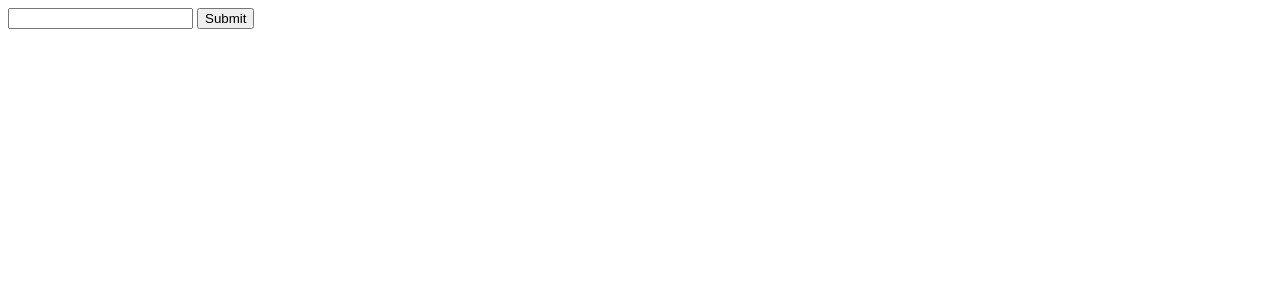
Repository: wo2jin/Sever
Page: Sever/Testweb10/WebContent/LoginForm.html
The author's editor kept a copy of each file at every save. The page is drawn from the files as they stood at one save, then again after the next save.
The browser window is 1280 px wide. The pictures show the whole page.

Above is the page before, as saved 2020-05-14 06:48:15.

After the next save:
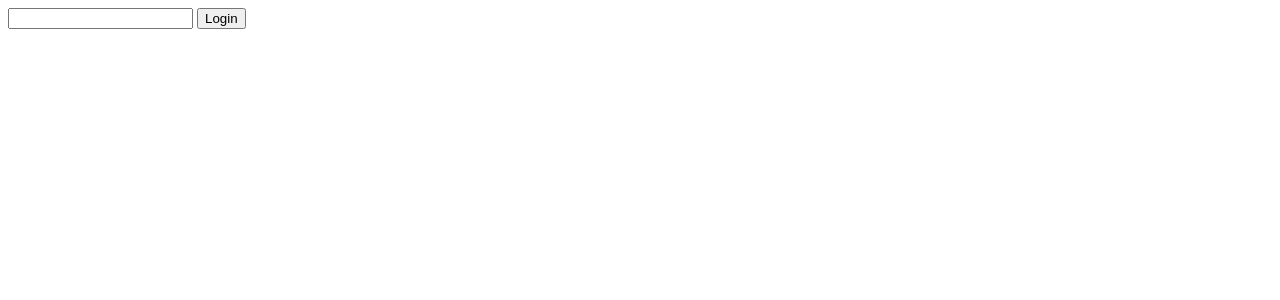
Saved 22 s later.
--- a/Sever/Testweb10/WebContent/LoginForm.html
+++ b/Sever/Testweb10/WebContent/LoginForm.html
@@ -7,7 +7,7 @@
 <body>
 <form action="LoginFormProcess" method ="get">
 	<input type="text" name= "userName">
-	<input type ="submit" name="Login">
+	<input type ="submit" value="Login">
 </form>
 
 </body>
